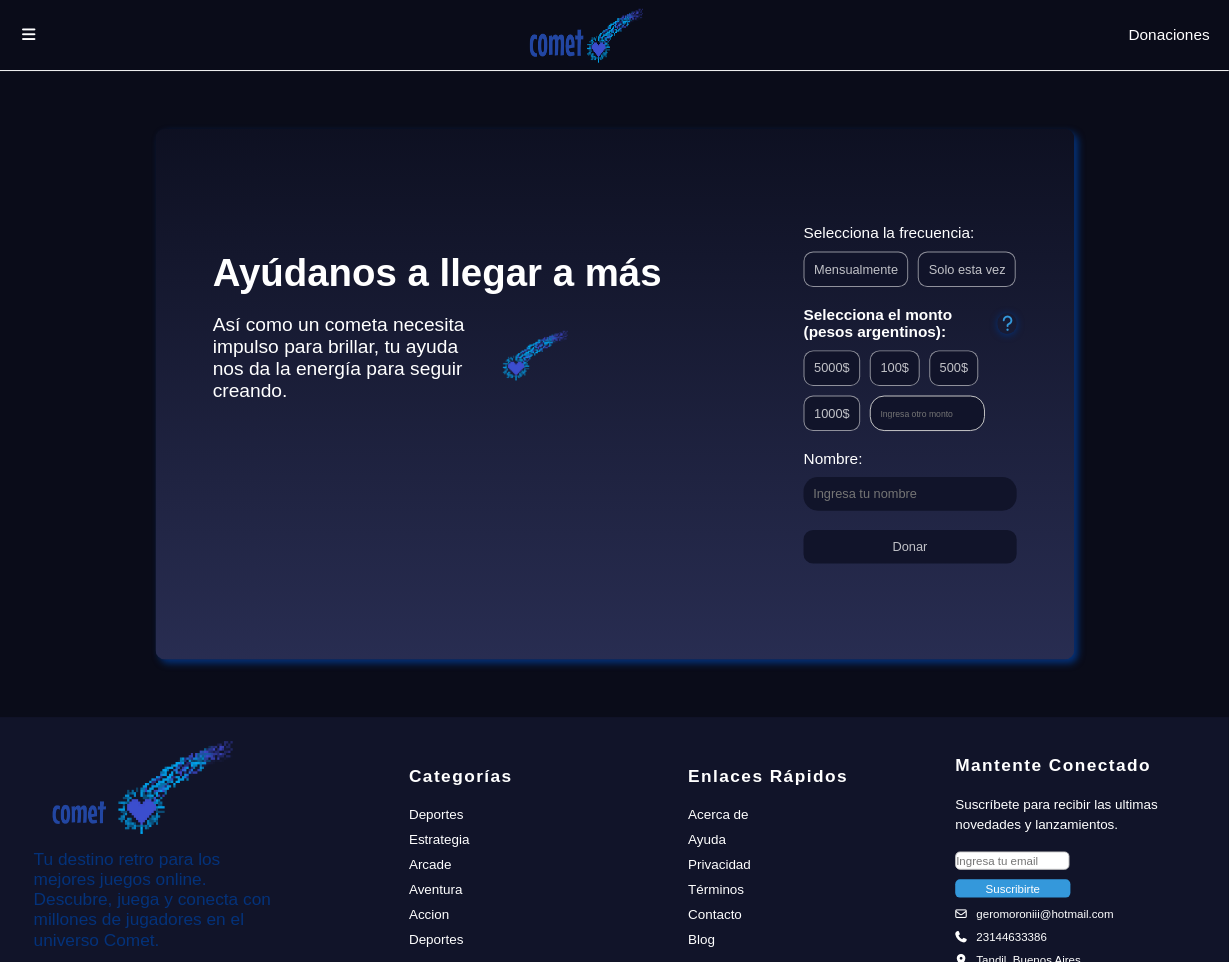
Repository: NahuCaporale/Interfaces
Page: TP2/donaciones.html
These files come from the project's save history. The page is drawn as it stood at one moment and after the next save; the edit follows.
The browser window is 1280 px wide. The pictures show the whole page, at 96% of full size.
Some web fonts or font styles are not loaded; a fallback is used. Some web libraries are served in a nearby version.

Above is the page before, as saved 2025-09-29 21:17:17.

### TP2/donaciones.html
<!DOCTYPE html>
<html lang="en">

<head>
    <meta charset="UTF-8">
    <meta name="viewport" content="width=device-width, initial-scale=1.0">
    <link rel="stylesheet" href="donaciones.css">
    <link rel="stylesheet" href="estilos.css">
    <link rel="stylesheet" href="https://cdnjs.cloudflare.com/ajax/libs/font-awesome/7.0.1/css/all.min.css"
        integrity="sha512-2SwdPD6INVrV/lHTZbO2nodKhrnDdJK9/kg2XD1r9uGqPo1cUbujc+IYdlYdEErWNu69gVcYgdxlmVmzTWnetw=="
        crossorigin="anonymous" referrerpolicy="no-referrer" />
    <title>Donaciones</title>
</head>

<body>

    <div class="grid-container">
        <div class="nav">
            <div class="menu-container">
                <!-- Ícono de hamburguesa -->
                <i class="fa-solid fa-bars"></i>
            </div>

            <div class="logo-container">
                <a href="home.html"><img src="./assets/imgs/logocometweb.png" alt="logo de cometa" class="logo-img"></a>
            </div>

            <div class="nav-link">
                <a href="./donaciones.html">Donaciones</a>
            </div>
        </div>
        <main class="home">
            <div class="columna-70">
                <h1>Ayúdanos a llegar a más</h1>
                <div class="logo-container-card">
                    <p>Así como un cometa necesita impulso
                        para brillar, tu ayuda nos da la
                        energía para seguir creando.</p>
                    <img src="./assets/imgs/cometlogoFinal.png" alt="logo de cometa" class="logo-card-img">
                </div>
            </div>
            <div class="columna-30">
                <form class="donaciones-form">
                    <div class="frecuencia">
                        <label>Selecciona la frecuencia:</label>
                        <div class="frecuencia-buttons">
                            <button type="button">Mensualmente</button>
                            <button type="button">Solo esta vez</button>
                        </div>
                    </div>
                    <div class="monto">
                        <div class="text-monto">
                            <h4>Selecciona el monto (pesos argentinos):</h4>
                            <i class="fa-solid fa-question"></i>
                            <div class="help-text" id="help-text">1USD = 1400ARS</div>
                        </div>

                        <div class="monto-buttons">
                            <button type="button">5000$</button>
                            <button type="button">100$</button>
                            <button type="button">500$</button>
                            <button type="button">1000$</button>
                            <input type="text" class="otro-monto" name="donacion-monto" placeholder="Ingresa otro monto">
                        </div>
                    </div>
                    <div class="nombre">
                        <label for="donador-nombre">Nombre:</label>
                        <input type="text" id="donador-nombre" name="donador-nombre" placeholder="Ingresa tu nombre"
                            required>
                    </div>
                    <button class="enviar-donacion" type="submit">Donar</button>
                </form>
            </div>
        </main>
        <footer class="footer">
            <div class="footer-column">
                <div class="footer-logo">
                    <img src="./assets/imgs/logofooter.png" alt="logo de cometa" class="logo-footer">
                </div>
                <p>Tu destino retro para los mejores juegos online.
                    Descubre, juega y conecta con millones
                    de jugadores en el universo Comet.
                </p>
                <div class="social-icons">
                    <i class="fa-brands fa-instagram"></i>
                    <i class="fa-brands fa-x-twitter"></i>
                    <i class="fa-regular fa-comment"></i>
                    <i class="fa-brands fa-facebook"></i>
                </div>

            </div>
            <div class="footer-column">
                <h3>Categorías</h3>
                <ul>
                    <li><a href="#">Deportes</a></li>
                    <li><a href="#">Estrategia</a></li>
                    <li><a href="#">Arcade</a></li>
                    <li><a href="#">Aventura</a></li>
                    <li><a href="#">Accion</a></li>
                    <li><a href="#">Deportes</a></li>
                </ul>
            </div>
            <div class="footer-column">
                <h3>Enlaces Rápidos</h3>
                <ul>
                    <li><a href="#">Acerca de</a></li>
                    <li><a href="#">Ayuda</a></li>
                    <li><a href="#">Privacidad</a></li>
                    <li><a href="#">Términos</a></li>
                    <li><a href="#">Contacto</a></li>
                    <li><a href="#">Blog</a></li>

                </ul>
            </div>
            <div class="footer-column">
                <h3>Mantente Conectado</h3>
                <p>Suscríbete para recibir las ultimas
                    novedades y lanzamientos.</p>
                <form class="subscribe-form">
                    <input type="email" placeholder="Ingresa tu email" required>
                    <button type="submit">Suscribirte</button>
                </form>
                <div class="form-icons">
                    <div class="icon-row">
                        <i class="fa-regular fa-envelope"></i>
                        <span>geromoroniii@hotmail.com</span>
                    </div>
                    <div class="icon-row">
                        <i class="fa-solid fa-phone"></i>
                        <span>23144633386</span>
                    </div>
                    <div class="icon-row">
                        <i class="fa-solid fa-location-dot"></i>
                        <span>Tandil, Buenos Aires</span>
                    </div>
                </div>
            </div>
        </footer>
    </div>
    </div>
        <script src="donaciones.js"></script>

</body>

</html>

### TP2/donaciones.css

/*DONACIOENS CSS*/
body{
    background-color: #0A0C19;
}
.footer {
    height: 255px !important;
}
.home {
    display: grid;
    grid-template-columns: 70% 30%;
    gap: 20px;
    padding: 40px;
    max-width: 1200px;
    margin: 60px auto;
    /* Más margen arriba y abajo */
    background-image: linear-gradient(to bottom, #11142a81, #373d6dab);
    box-shadow: 4px 4px 8px #04327A;
    border-radius: 10px;
    height: 553px;
    width: 957px;
}
.logo-container-card {
    display: flex;
    align-items: center;
    gap: 10px;
    margin-bottom: 90px;
}

.logo-card-img {
    width: 74px;
    height: 62px;
    margin-bottom: 50px;

}

.columna-70 {
    padding: 20px;
    border-radius: 8px;
}

.columna-70 h1 {
    font-size: 2.5rem;
    font-weight: bold;
    margin-bottom: 20px;
}

.columna-70 p {
    margin-bottom: 50px;
    font-family: 'NATS', sans-serif;
    font-size: 20px;
    font-weight: normal;
    width: 52%;
}

.columna-30 {
    padding: 20px;
}

.donaciones-form {
    display: flex;
    flex-direction: column;
    gap: 20px;
}

.frecuencia,
.monto,
.nombre {
    display: flex;
    flex-direction: column;
    gap: 10px;
}

.frecuencia-buttons,
.monto-buttons {
    display: flex;
    flex-wrap: wrap;
    gap: 10px;
}


.frecuencia-buttons button,
.monto-buttons button {
    display: flex;
    padding: 10px 20px;
    border: 1px solid #ccc;
    border-radius: 5px;
    cursor: pointer;
    background-color: #11142A;
    color: rgba(255, 255, 255, 0.616);

}

.otro-monto{
    font-size: 9px;
    width: 120px;
    padding: 10px;
    border-radius: 5px;
    background-color: #11142A;
    border: 1px solid #ccc !important;
    color: rgba(255, 255, 255, 0.616);
}

.donaciones-form input {
    padding: 10px;
    border-radius: 15px;
    background-color: #11142A;
    border: none;

}

.donaciones-form button {
    padding: 10px;
    border-radius: 10px;
    cursor: pointer;
    background-color: #11142A;
    color:#ffffffbd;
    border-color: #fff8;
}
.donaciones-form button:hover{
    background-color: #fff;
    color: #12171F;
}
.enviar-donacion{
    border: none;
}
.enviar-donacion:hover{
    background-color: #D37F85 !important;
    color: white !important;
}

#donador-nombre{
    color:#fff;
}

.text-monto{
    display: flex;           /* mantiene label e ícono en la misma fila */
  align-items: center;     /* alinea verticalmente */
  gap: 5px;                /* espacio entre label y el ícono */
  position: relative;
}
.text-monto i {
    color: #3498db;
    cursor: pointer;
    box-shadow: 0px 1px 8px #04327A;
    border-radius: 10px;
    padding: 3px 6px;
}
.help-text {
    font-family: 'NATS', sans-serif;
  display: none; /* oculto por defecto */
  position: absolute;
  bottom: 100%; /* aparece arriba del icono */
  left: 50%;
  transform: translateX(80%);
  background-color: #ffb84dc2;
  color: black;
  padding: 5px 10px;
  border-radius: 5px;
  white-space: nowrap;
  font-size: 0.9rem;
  margin-bottom: 5px; /* separación del icono */
  z-index: 10;
}

### TP2/estilos.css
/*Fuentes usadas*/
@import url('https://fonts.googleapis.com/css2?family=Mouse+Memoirs&display=swap');
@import url('https://fonts.googleapis.com/css2?family=NATS&display=swap');

* {
    margin: 0;
    padding: 0;
    box-sizing: border-box;
}

body {
    font-family: Arial, sans-serif;
}

.grid-container {
    display: grid;
    grid-template-rows: 74px 1fr auto;
    /* Cambia la altura del footer a auto */
    grid-template-columns: repeat(6, 1fr);
    /* Seis columnas iguales */
    height: 100vh;
    /* Altura completa de la ventana */
    box-sizing: border-box;
    /* Incluye el padding en el cálculo del tamaño */
}

.logo-text {
    font-size: 32px;
    font-family: 'Mouse Memoirs', sans-serif;
    /* Aplica la fuente importada */
    font-weight: normal;
}

.nav {
    grid-column: 1 / 7;
    /* Ocupa las 6 columnas */
    background-color: #0A0C19;
    color: white;
    display: flex;
    justify-content: space-between;
    align-items: center;
    border-bottom: white 1px solid;
    width: 100%;
}

.menu-container {
    justify-content: flex-start;   /* Menú a la izquierda */
    margin-left: 20px;
    align-items: center;
}

.logo-container {
    justify-content: center;       /* Logo centrado */
}

.nav-link {
    margin-right: 20px;
    justify-content: flex-end;     /* Donaciones a la derecha */
}
.nav-link a{
  text-decoration: none;
  color: white;
    font-family: 'NATS', sans-serif;
}

.logo-img {
    width: 131px;
    height: 68px;
}

.logo-footer {
    width: 216px;
    /* Cambia el ancho del logo */
    height: 108px;
    /* Cambia el alto del logo */
}


.home {
    grid-column: 1 / 7;
    /* Ocupa las 6 columnas */
    background-color: #0A0C19;
    color: white;
    display: flex;
    align-items: center;
    justify-content: center;
}

.logo {
    width: 80px;
    height: 70px;
    object-fit: contain;
    /* Asegura que la imagen mantenga su proporción */
}

/*footer*/
.footer {
    grid-column: 1 / 7;
    /* Ocupa las 6 columnas */
    background-color: #111429;
    color: white;
    display: grid;
    grid-template-columns: repeat(4, 1fr);
    /* Divide el footer en 4 columnas iguales */
    gap: 40px;
    /* Espaciado entre columnas */
    padding: 20px;
    /* Espaciado interno del footer */
    align-items: start;
    /* Alinea el contenido al inicio de cada columna */
    justify-items: center;
    /* Centra cada columna horizontalmente */
    height: auto;
    /* Ajusta la altura automáticamente según el contenido */
    box-sizing: border-box;
    /* Incluye el padding en el cálculo del tamaño */
    overflow: hidden;
    /* Evita que el contenido se desborde */
}

.footer-column {
    display: flex;
    flex-direction: column;
    /* Mantiene los elementos apilados verticalmente */
    align-items: flex-start;
    /* Alinea todo el contenido a la izquierda */
    justify-content: center;
    /* Centra los elementos verticalmente en la columna */
    gap: 10px;
    /* Espaciado entre los elementos */
    text-align: left;
    /* Asegura que el texto esté alineado a la izquierda */
    height: 100%;
    /* Asegura que la columna ocupe todo el espacio disponible */
    padding: 0;
    /* Elimina el padding adicional */
    margin: 0;
    /* Elimina márgenes adicionales */
}

.footer-column h3 {
    font-size: 18px;
    font-family: 'Mouse Memoirs', sans-serif;
    /* Aplica la fuente Mouse Memoirs */
    margin-bottom: 10px;
    letter-spacing: 1.5px;
    text-align: left;
    /* Alinea el título a la izquierda */
    width: 100%;
    /* Asegura que el título ocupe todo el ancho disponible */
}

.footer-column ul {
    list-style: none;
    padding: 0;
    margin: 0;
    text-align: left;
    /* Alinea los elementos de la lista a la izquierda */
    width: 100%;
    /* Asegura que la lista ocupe todo el ancho disponible */
    gap: 20px;
}

.footer-column ul li {
    margin-left: 0;
    /* Asegura que los elementos comiencen desde el borde izquierdo */
    font-family: 'NATS', sans-serif;
    /* Aplica la fuente NATS a los elementos de la lista */
    font-size: 14px;
    /* Ajusta el tamaño de la fuente */
    margin-bottom: 10px;
    /* Aumenta el espaciado entre los elementos */

}

.footer p {
    font-family: 'NATS', sans-serif;
    /* Aplica la fuente NATS */
}

.footer-column ul li a {
    font-family: 'NATS', sans-serif;
    /* Aplica la fuente NATS */
    text-decoration: none;
    /* Elimina el subrayado predeterminado */
    color: white;
    /* Cambia el color del texto a blanco */
    font-size: 14px;
    /* Ajusta el tamaño de la fuente */
    transition: color 0.3s ease;
    /* Agrega una transición suave para el hover */
}

.footer-column ul li a:hover {
    color: #3498db;
    /* Cambia el color del texto al pasar el mouse */
}

.footer-logo {
    display: flex;
    flex-direction: column;
    align-items: center;
    justify-content: flex-start;
    text-align: center;
    height: auto;
    /* Asegura que el contenedor ocupe todo el ancho disponible */
}

.footer-column p {
    font-family: 'Mouse Memoirs', sans-serif;
    /* Aplica la fuente importada */
    max-width: 250px;
    /* Limita el ancho del texto para mejor legibilidad */
    color: #04327A;
    font-size: 18px;
    margin-bottom: 7px;
}

.footer-column:last-child p {
    font-family: 'NATS', sans-serif;
    /* Aplica la fuente NATS a todo el footer */
    color: white;
    /* Cambia el color del texto a blanco */
    font-size: 14px;
    /* Ajusta el tamaño de la fuente si es necesario */
    line-height: 1.5;
    /* Mejora la legibilidad con un espaciado entre líneas */
}

.social-icons {
    display: flex;
    align-items: center;
    /* Alinea los íconos verticalmente con el texto */
    width: 100%;
    /* Asegura que ocupen todo el ancho disponible */

    gap: 20px;
    /* Espaciado entre los iconos */
    color: white;
    /* Color de los iconos */
    justify-content: flex-start;
    margin-bottom: 15px;
}

.social-icons i {
    height: 5px;
    /* Ajusta la altura de los íconos */
    width: 5px;
    /* Ajusta el ancho de los íconos */

}

.footer-logo img {
    width: 216px;
    /* Cambia el ancho del logo */
    height: 108px;
    /* Cambia el alto del logo */
}


.subscribe-form {
    display: flex;
    flex-direction: column;
    /* Mantiene el input y el botón apilados */
    gap: 10px;
    /* Espaciado entre el input y el botón */
    width: 100%;
    /* Asegura que el formulario ocupe todo el ancho disponible */
}

.subscribe-form input {
    width: 119px;
    /* Ancho del input */
    height: 19px;
    /* Alto del input */
    padding: 0;
    /* Elimina el padding adicional */
    border: 1px solid #ccc;
    border-radius: 5px;
    font-size: 12px;
    /* Ajusta el tamaño de la fuente para que se adapte al tamaño */
}

.subscribe-form button {
    width: 120px;
    /* Ancho del botón */
    height: 19px;
    /* Alto del botón */
    padding: 0;
    /* Elimina el padding adicional */
    background-color: #3498db;
    color: white;
    border: none;
    border-radius: 5px;
    cursor: pointer;
    font-size: 12px;
    /* Ajusta el tamaño de la fuente para que se adapte al tamaño */
    text-align: center;
}

.subscribe-form button:hover {
    background-color: #2980b9;
    /* Cambia el color al pasar el mouse */
}

.form-icons {
    display: flex;
    flex-direction: column;
    /* Coloca los íconos en vertical */
    gap: 10px;
    /* Espaciado entre las filas de íconos */
    width: 100%;
    /* Asegura que ocupe todo el ancho disponible */
}

.icon-row {
    display: flex;
    align-items: center;
    /* Alinea el ícono y el texto verticalmente */
    gap: 10px;
    /* Espaciado entre el ícono y el texto */
}

.icon-row i {
    font-size: 12px;
    /* Reduce el tamaño del ícono ligeramente */
    width: 12px;
    /* Ajusta el ancho del ícono */
    height: 12px;
    /* Ajusta la altura del ícono */
}

.icon-row span {
    font-size: 12px;
    /* Reduce el tamaño del texto ligeramente */
    color: white;
    /* Mantiene el color blanco */
    font-family: 'NATS', sans-serif;
    /* Aplica la fuente NATS */
}

### TP2/donaciones.js
const icon = document.querySelector(".text-monto i");
const helpText = document.getElementById("help-text");

icon.addEventListener("click", () => {
  // alterna mostrar/ocultar
  if (helpText.style.display === "block") {
    helpText.style.display = "none";
  } else {
    helpText.style.display = "block";
  }
});

After the next save:
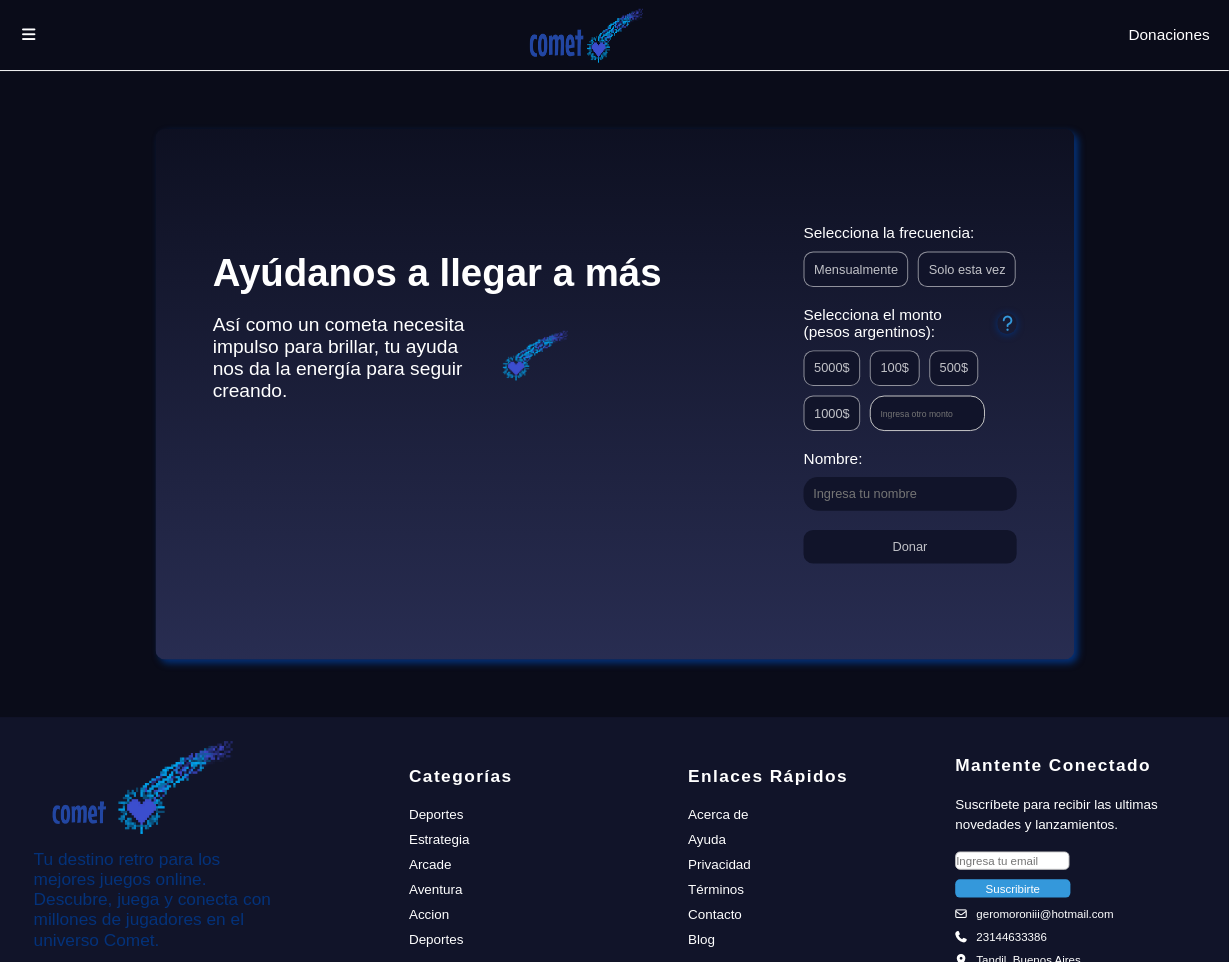
Saved 7 s later.
--- a/TP2/donaciones.html
+++ b/TP2/donaciones.html
@@ -50,7 +50,7 @@
                     </div>
                     <div class="monto">
                         <div class="text-monto">
-                            <h4>Selecciona el monto (pesos argentinos):</h4>
+                            <label>Selecciona el monto (pesos argentinos):</label>
                             <i class="fa-solid fa-question"></i>
                             <div class="help-text" id="help-text">1USD = 1400ARS</div>
                         </div>
